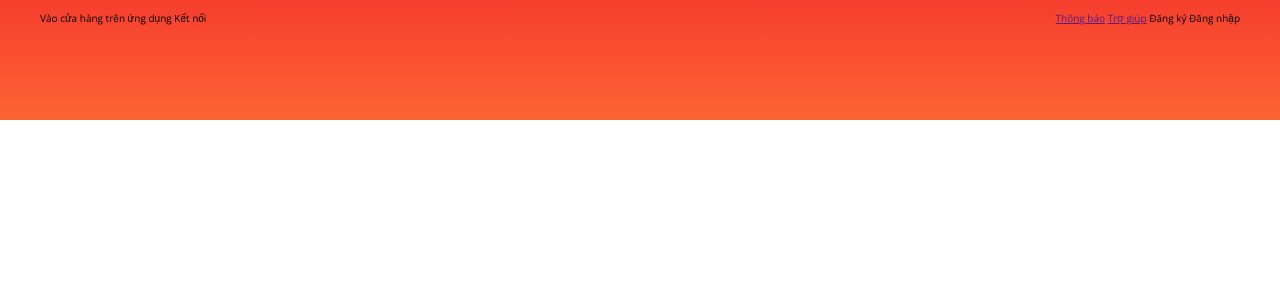
Repository: trongtamdev/Clone-Shopee-Page
Page: index.html
An editor plug-in stored every save of this project. The page is shown before and after the next save, followed by the edit.
The browser window is 1280 px wide. The pictures show the whole page.

Above is the page before, as saved 2022-07-05 15:51:18.

### index.html
<!DOCTYPE html>
<html lang="en">

<head>
    <meta charset="UTF-8">
    <meta http-equiv="X-UA-Compatible" content="IE=edge">
    <meta name="viewport" content="width=device-width, initial-scale=1.0">
    <title>Document</title>
    <link rel="stylesheet" href="https://cdnjs.cloudflare.com/ajax/libs/normalize/8.0.1/normalize.min.css">
    <link rel="stylesheet" href="assets/css/base.css">
    <link rel="stylesheet" href="assets/css/main.css">
    <link href="https://fonts.googleapis.com/css2?family=Open+Sans:wght@300;400;500;700&display=swap" rel="stylesheet">
</head>
    <div class="app">
        <header class="header">
            <div class="grid">
                <nav class="header__navbar">
                    <ul class="header__navbar-list">
                        <li class="header__navbar-item">
                            Vào cửa hàng trên ứng dụng
                        </li>
                        <li class="header__navbar-item">
                            Kết nối
                        </li>
                    </ul>

                    <ul class="header__navbar-list">
                        <li class="header__navbar-item">
                            <a href="" class="header__navbar-item-link">Thông báo</a>
                        </li>

                        <li class="header__navbar-item">
                            <a href="" class="header__navbar-item-link">Trợ giúp</a>
                        </li>

                        <li class="header__navbar-item">Đăng ký</li>
                        <li class="header__navbar-item">Đăng nhập</li>
                    </ul>
                </nav>
            </div>

        </header>

        <div class="container">

        </div>

        <footer class="footer">

        </footer>
    </div>

<body>

</body>

</html>

### assets/css/base.css
:root {
    --white-color :#fff;
    --back-color :#000;
    --text-color : #333;
}

*{
    box-sizing: inherit;
}

html {
    font-size: 62.5%;
    line-height: 1.6rem;
    font-family: 'Open Sans', sans-serif;;
    box-sizing: border-box;
}

.grid {
    width: 1200px;
    max-width: 100%;
    margin: 0 auto;
}

.grid__full-width {
    width: 100%;
}

.grid__row {
    display: flex;
    flex-wrap: wrap
}

### assets/css/main.css
.header {
    height: 120px;
    background-image: linear-gradient(0, #fe6433, #f53e2d);
}

.header__navbar {
    display: flex;
    justify-content: space-between;
}

.header__navbar-list {
    list-style: none;
    padding: 0;
}

.header__navbar-item {
    display: inline-block;
}

After the next save:
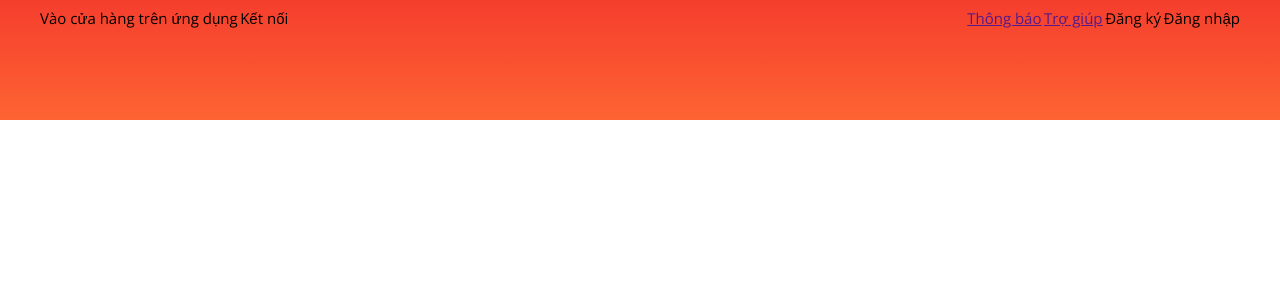
Saved 2 min 50 s later.
--- a/assets/css/main.css
+++ b/assets/css/main.css
@@ -13,6 +13,7 @@
     padding: 0;
 }
 
-.header__navbar-item {
+.header__navbar-item, .header__navbar-item-link{
     display: inline-block;
+    font-size: 1.5rem;
 }
